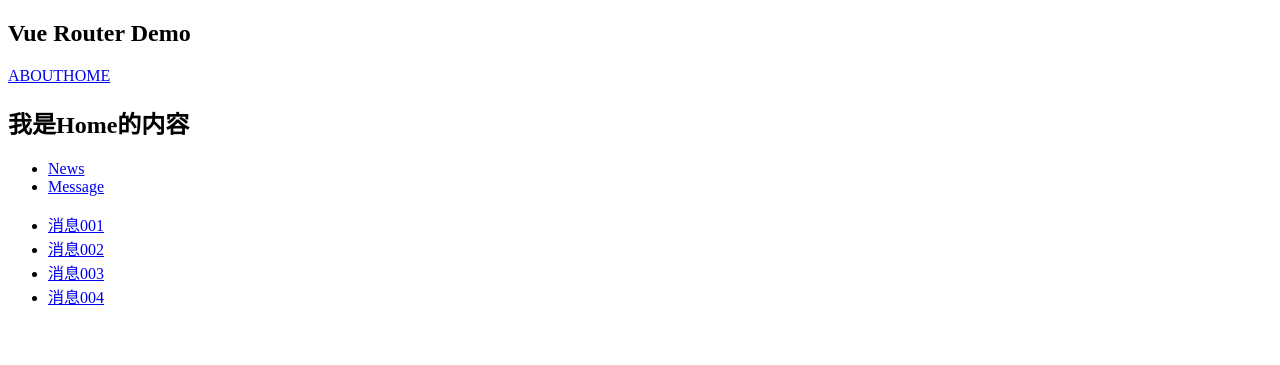
Repository: 13067902180/vue2.0study
Page: /#/home/message
The author's editor kept a copy of each file at every save. The page is drawn from the files as they stood at one save, then again after the next save.
The browser window is 1280 px wide. The pictures show the whole page.
The project was rebuilt for these pictures with package versions that can differ from the ones it lists, and the page was loaded fresh each time. Also part of the build but not shown: vue.config.js, src/pages/About.vue, src/pages/News.vue, src/pages/Detail.vue.

Above is the page before, as saved 2023-03-03 16:14:15.

### public/index.html
<!DOCTYPE html>
<html lang="">
  <head>
    <meta charset="utf-8" />
    <!-- 针对ie浏览器的特殊配置，让ie最高级别渲染页面 -->
    <meta http-equiv="X-UA-Compatible" content="IE=edge" />
    <!-- 开启移动端的理想视口 -->
    <meta name="viewport" content="width=device-width,initial-scale=1.0" />
    <!-- 配置页签图标 <%= BASE_URL %> ==== ./ 怕打包出问题 指的是public所在的路径-->
    <link rel="icon" href="<%= BASE_URL %>favicon.ico" />
    <!-- 映入第三方样式 -->
    <!-- <link rel="stylesheet" href="<%= BASE_URL %>css/1.css" /> -->
    <!-- 配置网页图标  %= htmlWebpackPlugin.options.title % 是webpack里的插件1-->
    <title><%= htmlWebpackPlugin.options.title %></title>
  </head>
  <body>
    <!-- 如果浏览器不支持js 显示 支持就不渲染 -->
    <noscript>
      <strong
        >We're sorry but <%= htmlWebpackPlugin.options.title %> doesn't work
        properly without JavaScript enabled. Please enable it to
        continue.</strong
      >
    </noscript>

    <div id="app"></div>
    <!-- built files will be auto injected -->
  </body>
</html>
<!-- 整个页面的界面 -->

### src/main.js
//引入vue 精简版  正式版是vue.js dist/vue.js
import Vue from 'vue'
import VueRouter from 'vue-router'

//app所有组件的父组件
import App from './App.vue'
import router from './router'

Vue.use(VueRouter)

Vue.config.productionTip = false
// 创建vue实例对象  ---vm
new Vue({
  // 将app组件放入容器中
  render: h => h(App),

  router: router,
}).$mount('#app')

### src/App.vue
<template>
  <div>
    <div class="row">
      <Banner></Banner>
    </div>
    <div class="row">
      <div class="col-xs-offset-2 col-xs-2">
        <div class="list-group">
          <!-- 原始html中我们使用a标签实现页面跳转 -->
          <!-- <a href="./about.html" class="list-group-item active" >ABOUT</a> -->
          <!-- <a href="./home/html" class="list-group-item">HOME</a> -->
          <router-link class="list-group-item" active-class="active" to="/about"
            >ABOUT</router-link
          >
          <router-link class="list-group-item" active-class="active" to="/home"
            >HOME</router-link
          >
        </div>
      </div>
      <div class="col-xs-6">
        <div class="panel">
          <div class="panel-body">
            <!-- 指定组件的呈现位置 -->
            <router-view></router-view>
          </div>
        </div>
      </div>
    </div>
  </div>
</template>

<script>
// 引入组件  组件全放到components
import Banner from "./components/Banner.vue";
export default {
  name: "App",
  components: {
    Banner,
  },
};
</script>

<style>
</style>

### src/router/index.js
// 该文件专门用于创建整个应用的路由器


import VueRouter from "vue-router";
import About from '../pages/About.vue'
import Home from '../pages/Home.vue'
import News from '../pages/News.vue'
import Message from "../pages/Message.vue";
import Detail from "../pages/Detail.vue";

// 创建并暴露一个路由器
export default new VueRouter({
    routes: [{
        // 一级路由
        path: '/about',
        component: About,
    },
    {
        path: '/home',
        component: Home,
        children: [
            {
                path: 'news',
                component: News,
            },
            {
                path: 'message',
                component: Message,
                children: [
                    {
                        path: 'detail',
                        component: Detail
                    }

                ]
            }
        ]
    },
    ]
})

### src/components/Banner.vue
<template>
  <div class="col-xs-offset-2 col-xs-8">
    <div class="page-header"><h2>Vue Router Demo</h2></div>
  </div>
</template>

<script>
export default {
  // eslint-disable-next-line vue/multi-word-component-names
  name: "Banner",
};
</script>

<style>
</style>

### src/pages/Home.vue
<template>
  <div>
    <h2>我是Home的内容</h2>
    <div>
      <ul class="nav nav-tabs">
        <li>
          <router-link
            href="./home-news.html"
            class="list-group-item"
            active-class="active"
            to="/home/news"
            >News</router-link
          >
        </li>
        <li>
          <router-link
            href="./home-news.html"
            class="list-group-item"
            active-class="active"
            to="/home/message"
            >Message</router-link
          >
        </li>
      </ul>
      <router-view></router-view>
    </div>
  </div>
</template>

<script>
export default {
  // eslint-disable-next-line vue/multi-word-component-names
  name: "Home",
  // beforeDestroy() {
  //   console.log("Home组件即将被销毁");
  // },
  // mounted() {
  //   console.log("Home组件挂载完毕");
  // },
};
</script>

<style>
</style>

### src/pages/Message.vue
<template>
  <div>
    <ul>
      <li v-for="m in messageList" :key="m.id">
        <router-link to="/home/message/detail">{{ m.title }}</router-link>
      </li>
    </ul>
  </div>
</template>

<script>
export default {
  // eslint-disable-next-line vue/multi-word-component-names
  name: "Message",
  data() {
    return {
      messageList: [
        { id: "001", title: "消息001" },
        { id: "002", title: "消息002" },
        { id: "003", title: "消息003" },
        { id: "004", title: "消息004" },
      ],
    };
  },
};
</script>

<style>
</style>

After the next save:
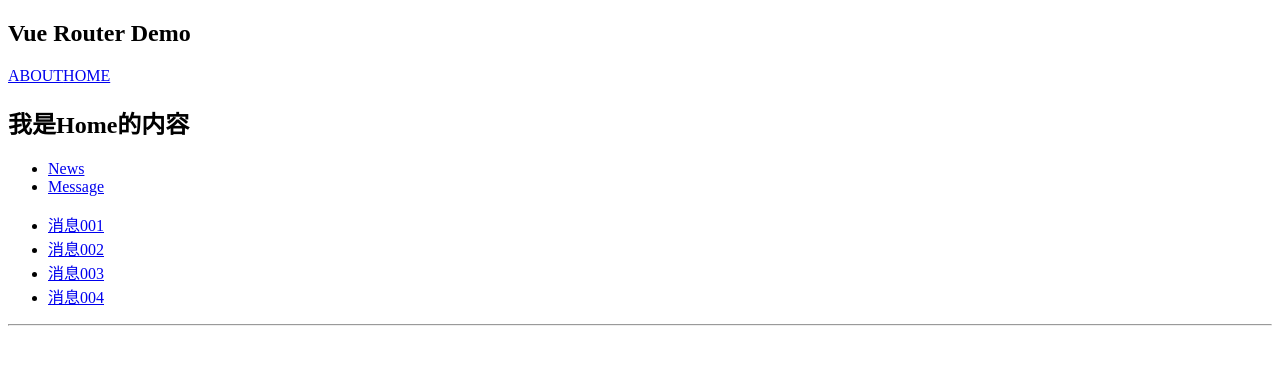
Saved 27 s later.
--- a/src/pages/Message.vue
+++ b/src/pages/Message.vue
@@ -5,6 +5,8 @@
         <router-link to="/home/message/detail">{{ m.title }}</router-link>
       </li>
     </ul>
+    <hr />
+    <router-view></router-view>
   </div>
 </template>
 
